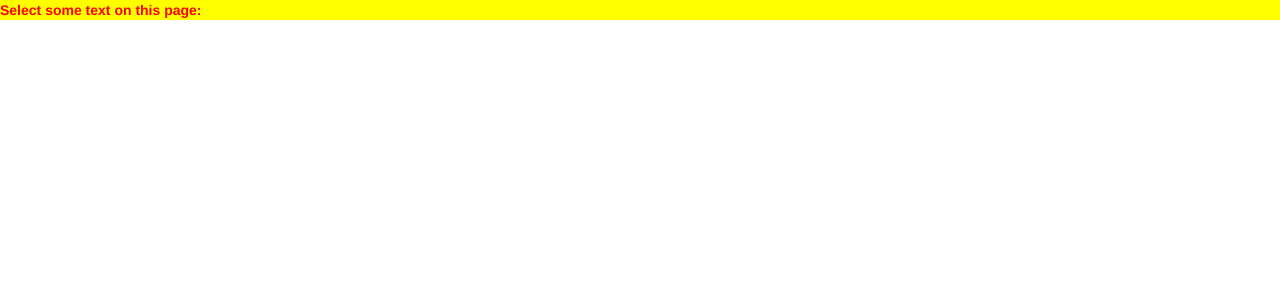
Repository: vaibhavkri/Trendnxt-Projects
Page: bootstrap/Bootstrap– L3 Assignment/Topic 5 CSS Pseudo-classes/Assignment1.html
The author's editor kept a copy of each file at every save. The page is drawn from the files as they stood at one save, then again after the next save.
The browser window is 1280 px wide. The pictures show the whole page.

Above is the page before, as saved 2018-10-23 13:58:09.

### bootstrap/Bootstrap– L3 Assignment/Topic 5 CSS Pseudo-classes/Assignment1.html
<!DOCTYPE html>
<html lang="en">

<head>
    <title>Bootstrap Example</title>
    <meta charset="utf-8">
    <meta name="viewport" content="width=device-width, initial-scale=1, shring-to-fit=no">
    <link rel="stylesheet" href="https://maxcdn.bootstrapcdn.com/bootstrap/3.3.7/css/bootstrap.min.css">
    <script src="https://ajax.googleapis.com/ajax/libs/jquery/3.3.1/jquery.min.js"></script>
    <script src="https://maxcdn.bootstrapcdn.com/bootstrap/3.3.7/js/bootstrap.min.js"></script>
    <style>
        .heading {
            font-weight: bold;
            font-size: 14px;
            color: red;
            background-color: yellow;
        }
    </style>
</head>

<body>

    <p class="heading">Select some text on this page:</p>





</body>

</html>

</html>

After the next save:
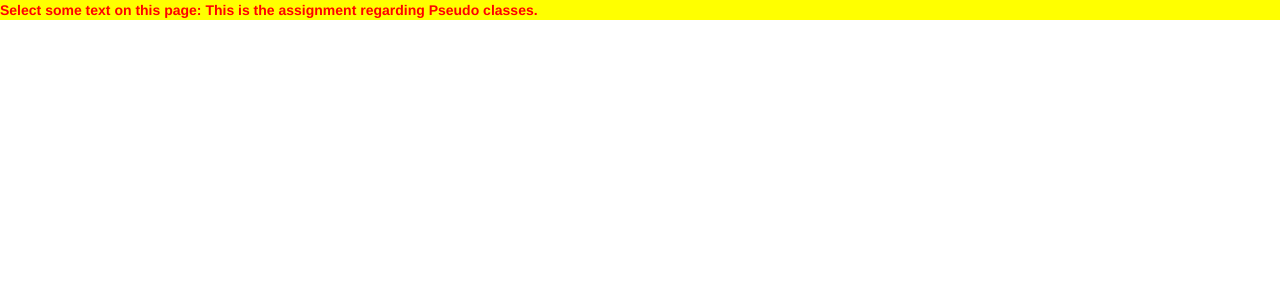
Saved 2 min 35 s later.
--- a/bootstrap/Bootstrap– L3 Assignment/Topic 5 CSS Pseudo-classes/Assignment1.html
+++ b/bootstrap/Bootstrap– L3 Assignment/Topic 5 CSS Pseudo-classes/Assignment1.html
@@ -20,7 +20,7 @@
 
 <body>
 
-    <p class="heading">Select some text on this page:</p>
+    <p class="heading">Select some text on this page: This is the assignment regarding Pseudo classes.</p>
 
 
 
